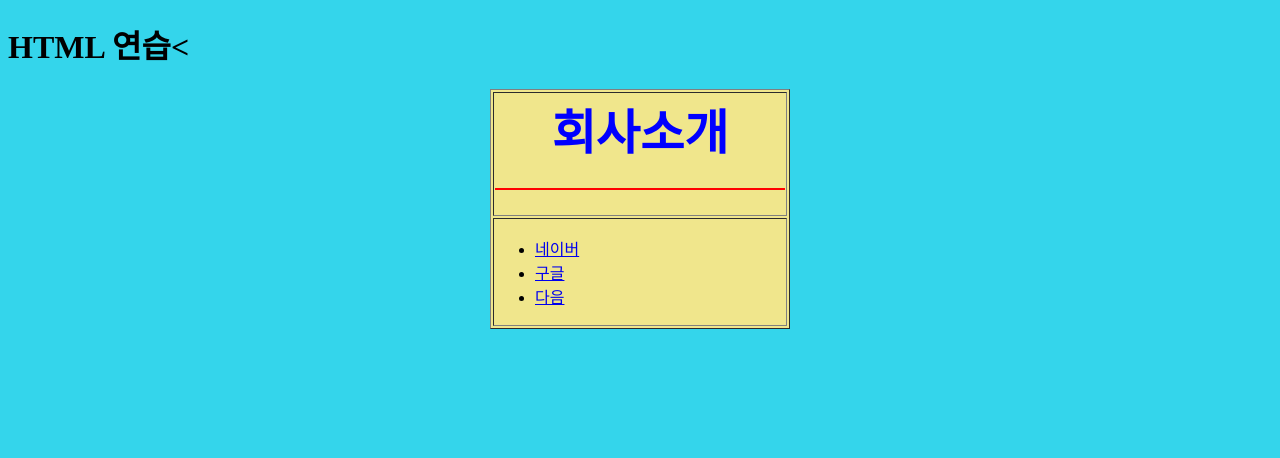
Repository: sika5382/jsp
Page: html/WebContent/NewFile2.html
These files come from the project's save history. The page is drawn as it stood at one moment and after the next save; the edit follows.
The browser window is 1280 px wide. The pictures show the whole page.

Above is the page before, as saved 2020-10-29 08:18:26.

After the next save:
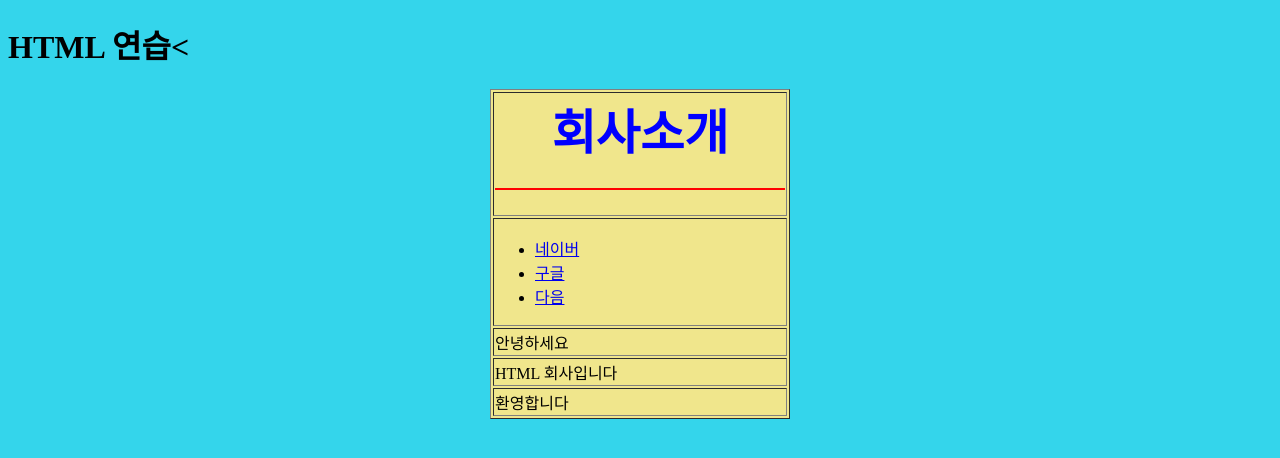
Saved 72 s later.
--- a/html/WebContent/NewFile2.html
+++ b/html/WebContent/NewFile2.html
@@ -34,6 +34,20 @@
 				</td>
 			</tr>
 
+			<tr>
+				<td>
+					안녕하세요
+				</td>
+			</tr>
+			<tr>
+				<td>
+					HTML 회사입니다
+				</td>
+			</tr><tr>
+				<td>
+					환영합니다
+				</td>
+			</tr>
 
 	</table>
 

After the save that followed:
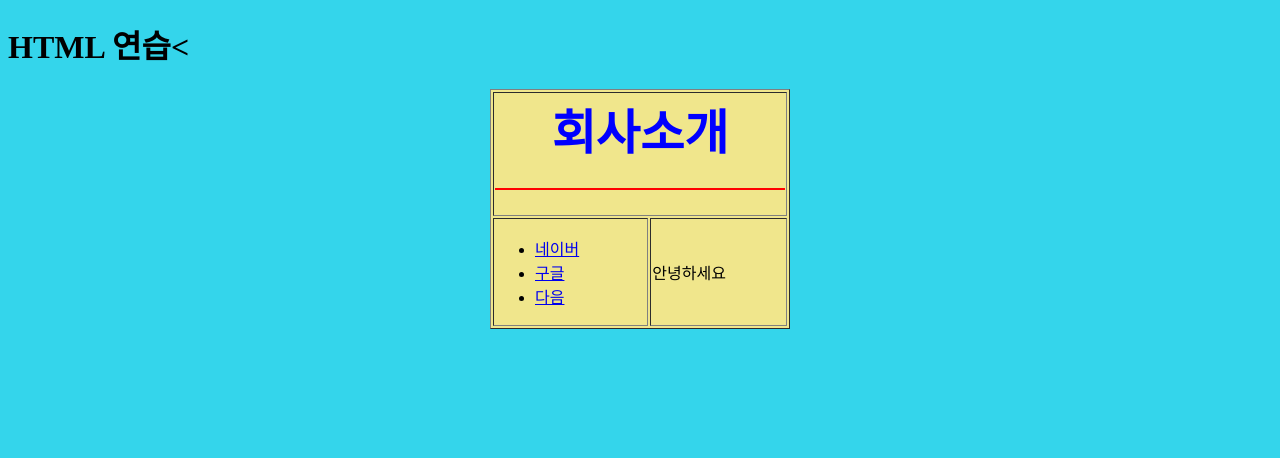
Saved 44 s later.
--- a/html/WebContent/NewFile2.html
+++ b/html/WebContent/NewFile2.html
@@ -32,22 +32,11 @@
 
 				</ul>
 				</td>
+
+				<td>안녕하세요</td>
 			</tr>
 
-			<tr>
-				<td>
-					안녕하세요
-				</td>
-			</tr>
-			<tr>
-				<td>
-					HTML 회사입니다
-				</td>
-			</tr><tr>
-				<td>
-					환영합니다
-				</td>
-			</tr>
+
 
 	</table>
 
